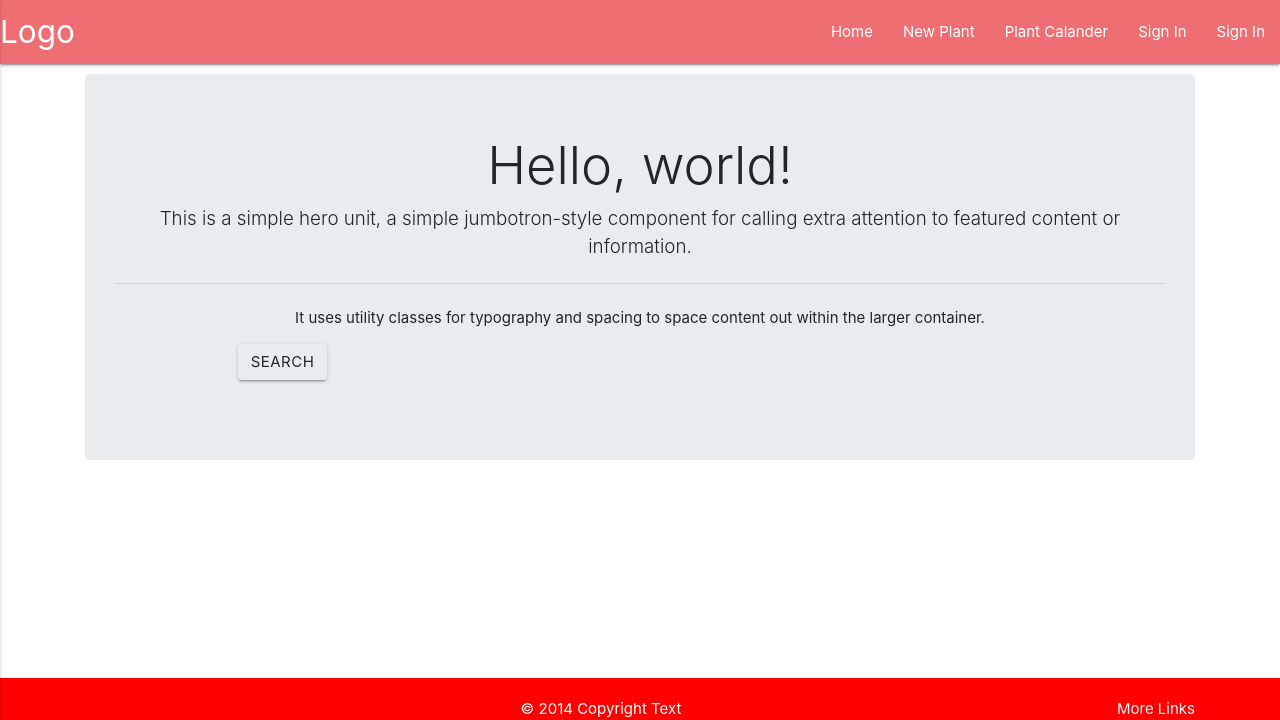
Repository: Lemoenskil/Milestone_project_3_Garden_planner
Page: http://localhost/
The author's editor kept a record of every edit. The page is drawn from the files as they stood at one moment, then again after the next edit.
The browser window is 1280 px wide. The pictures show the whole page.
Some web libraries are served in a nearby version. The page is served by the project's application, run on Flask 3 (app.py). Queries for data that is not in the repository find no rows.

Above is the page before.
Console error: TypeError: $(...).floatingActionButton is not a function

After the next edit:
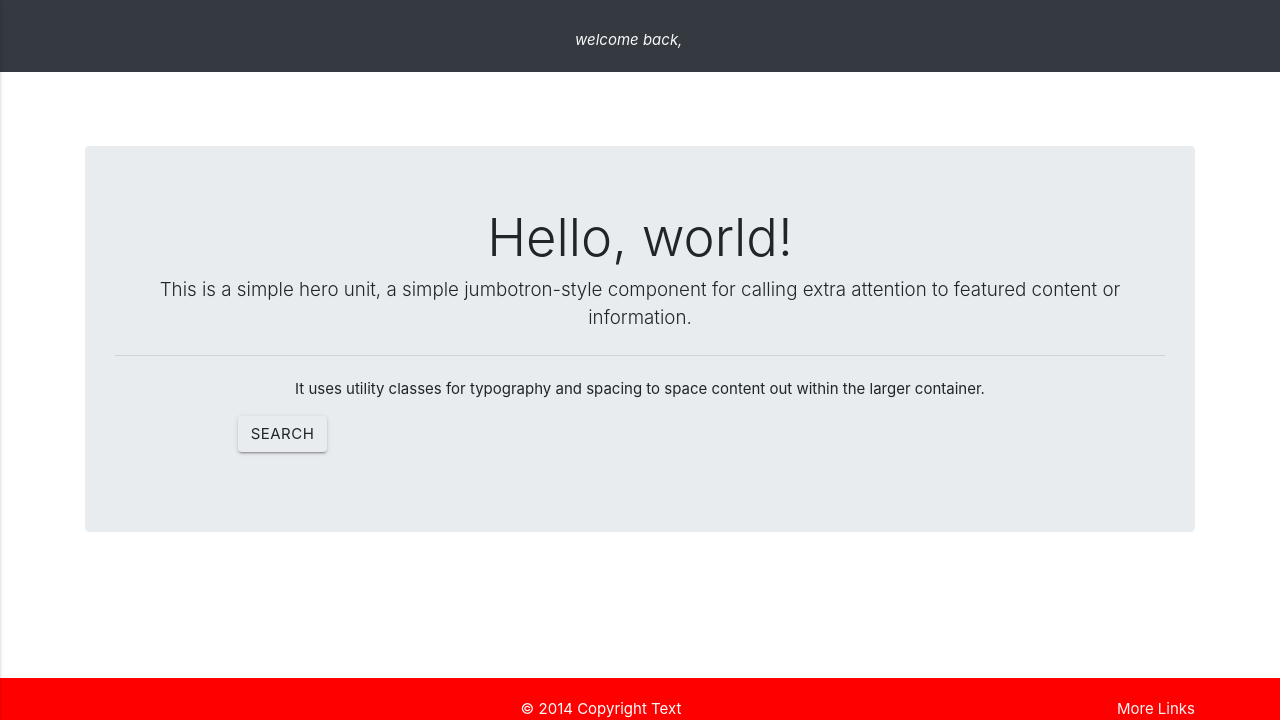
The edit:
--- a/templates/base.html
+++ b/templates/base.html
@@ -14,6 +14,7 @@
     <header>
        <nav>
             <div class="nav-wrapper">
+                <div class="text-light font-italic bg-dark pt-2 pr-4 text-center">welcome back, </div>
                 <a href="#!" class="brand-logo">Logo</a>
                 <a href="#" data-activates="mobile-demo" class="button-collapse"><i class="material-icons">menu</i></a>
                 <ul class="right hide-on-med-and-down">
